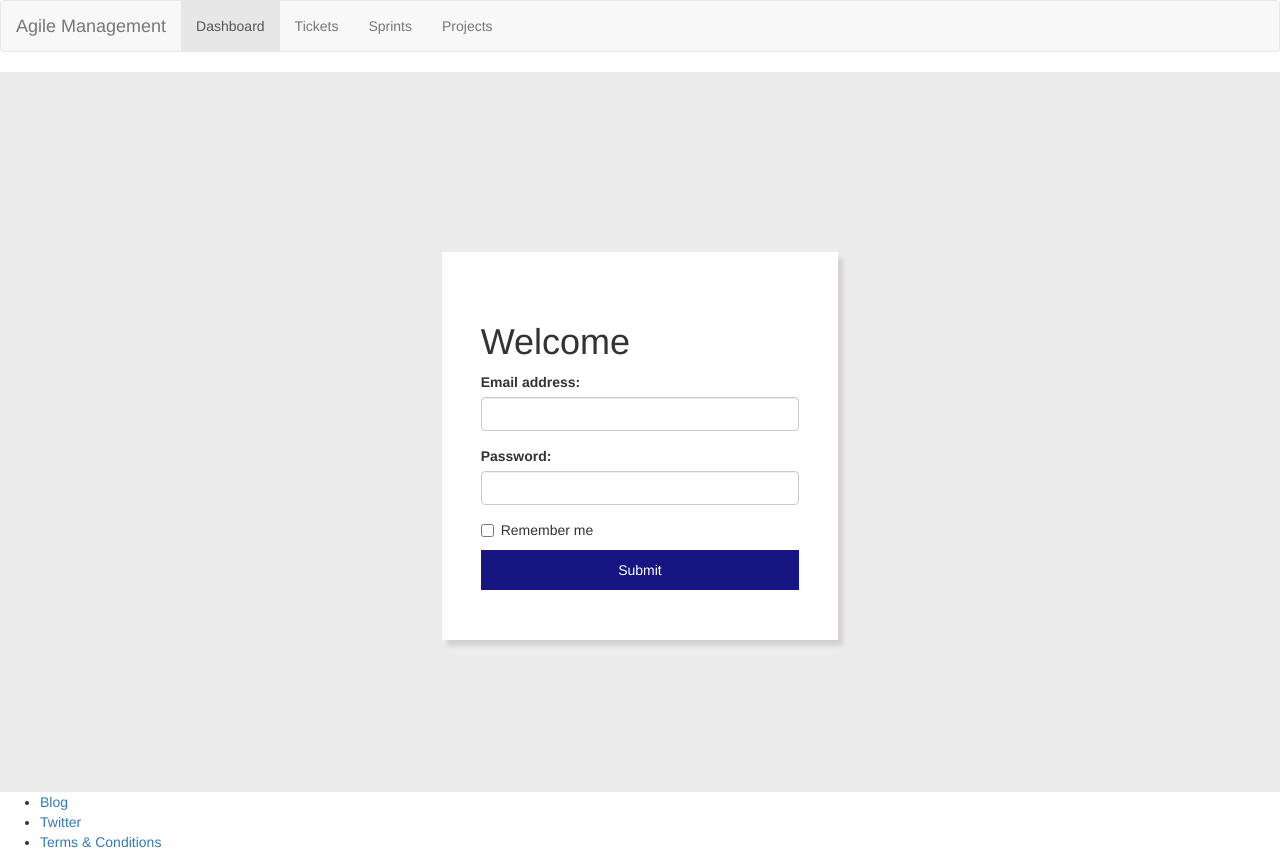
Repository: princexavier/agil
Page: http://localhost/Agile/
An editor plug-in stored every save of this project. The page is shown before and after the next save, followed by the edit.
The browser window is 1280 px wide. The pictures show the whole page.
Some web libraries are served in a nearby version. The page is served by Tomcat 9. Other server files are loaded and not shown.

Above is the page before, as saved 2018-01-19 04:31:23.

### workspace/Agile/WebContent/index.jsp
<%@ page language="java" contentType="text/html; charset=ISO-8859-1"
	pageEncoding="ISO-8859-1"%>
<!DOCTYPE html>
<html lang="en">

<head>
<meta charset="UTF-8">
<title>Login</title>
<link rel="stylesheet"
	href="https://maxcdn.bootstrapcdn.com/bootstrap/3.3.7/css/bootstrap.min.css">
<!-- jQuery library -->
<script
	src="https://ajax.googleapis.com/ajax/libs/jquery/3.2.1/jquery.min.js"></script>
<!-- Latest compiled JavaScript -->
<script
	src="https://maxcdn.bootstrapcdn.com/bootstrap/3.3.7/js/bootstrap.min.js"></script>
</head>

<body>
	<header>
		<nav class="navbar navbar-default">
			<div class="container-fluid">
				<div class="navbar-header">
					<a class="navbar-brand" href="#">Agile Management</a>
				</div>
				<ul class="nav navbar-nav">
					<li class="active"><a href="#">Dashboard</a></li>
					<li><a href="ticket.html">Tickets</a></li>
					<li><a href="ticket.html">Sprints</a></li>
					<li><a href="#">Projects</a></li>
				</ul>
			</div>
		</nav>
	</header>
	<div class="container"
		style="height: 100vh; width: 100vw; background: #ececec;">
		<div class="row">
			<div class="col-md-4"></div>
			<div class="col-md-4">
				<form action="project.html"
					style="padding: 50px 39px; box-shadow: 5px 6px 4px #d4cfd4f7; background: #fff; margin-top: 180px;">
					<h1>Welcome</h1>
					<div class="form-group">
						<label for="email">Email address:</label> <input type="email"
							class="form-control" id="email">
					</div>
					<div class="form-group">
						<label for="pwd">Password:</label> <input type="password"
							class="form-control" id="pwd">
					</div>
					<div class="checkbox">
						<label> <input type="checkbox"> Remember me
						</label>
					</div>
					<input type="submit"
						style="padding: 10px 0px; border: none; width: 100%; background: #161582; color: #fff;">
				</form>
			</div>
			<div class="col-md-4"></div>
		</div>
	</div>
	<footer>
		<ul class="foot-content">
			<li><a href="#">Blog</a></li>
			<li><a href="#">Twitter</a></li>
			<li><a href="#">Terms & Conditions</a></li>
		</ul>
	</footer>
</body>

</html>

### workspace/Agile/WebContent/css/style.css
* {
    margin: 0px;
    padding: 0px;
    text-decoration: none;
    list-style-type: none;
}

a:hover {
    text-decoration: none;
}

.divider-1 {

    display: inline-block;
    width: calc(100% / 1);
    float: left;
}

.divider-2 {
    display: inline-block;
    width: calc(100% / 2);
    float: left;
}

.color {
    color: #161582;
    padding-right: 5px;
    cursor: pointer;
    transition: 0.2s ease-in-out;
}

.color:hover {
    color: #16158261;
}

.clearfix:after {
    content: "";
    display: block;
    clear: both;
}

.navbar-nav {
    float: right;
    margin-right: 100px;
}

.navbar-default {
    border: none;
    padding: 10px 56px 10px 84px;
    background: #161582;
    margin-bottom: 0px;
}

.navbar-brand,
.navbar-nav>li>a {

    color: #fff !important;
}

nav .active a {
    background-color: transparent !important;
}

.dashboard {
    padding: 20px 0px;
    background: #ececec;
}

.dash-title {
    padding-left: 111px;
}

.auth {
    background: #ececec;
    padding: 20px;
}

.left-content>span {
    display: block;
}

.lab-title {
    padding: 20px 0px;
}

.bg {
    margin-top: 20px;
    padding: 10px 0px;
    background: #a6e4a6;
}

.bg a >button {
    float: right;
    margin-right: 20px;
    border: none;
}

footer {
    position: fixed;
    bottom: 0px;
    width: 100%;
    padding: 20px 0px;
    background: #ececec;
}

.right-bor {
    border-right: 1px solid #ececec;
}

.foot-content:first-child {
    margin-left: 64px;
    margin-top: 10px;
}

.foot-content li {
    border-right: 1px solid #a79a9ab8;
    padding-right: 20px;
    display: inline-block;
    margin-right: 10px;
}

.bar {
    width: 90%;
    background: #ececec;
    border-left: 10px solid blue;
}

.bar>span {
    float: right;
}



/*Ticket page style */

.btn-style {
    border: none;
    color: #fff;
    outline: none;
    background: #161582;
    transition: 0.5s ease-in-out;
}
.first-btn{
	margin-left: 150px
}
.btn-style:hover{
	background: #161582a8;
}
.icon-style{
	padding-right: 10px;
}
.events{

}
.list-style{
	padding: 10px 0px;
}


/*New ticket page style*/

.cs-btn{
    padding: 11px 10px;
    margin-left: 150px;
    color: #ffff;
    background: #161582;
    transition: 0.5s ease-in-out;
}
.cs-btn:hover{
 background: #1615825c;
 color: #fff;
}
textarea {
    resize: none;
}
.nav-tabs{
    margin-bottom: 50px;
}
label{
    font-weight: 300;
}
.btn-primary{
    background-color: #161582;
}
#menu4 > p{
    padding: 20px 10px;
    background: #ececec;
    margin-bottom: 40px;
}
input[type="date"]{
    border-radius: 4px;
}

After the next save:
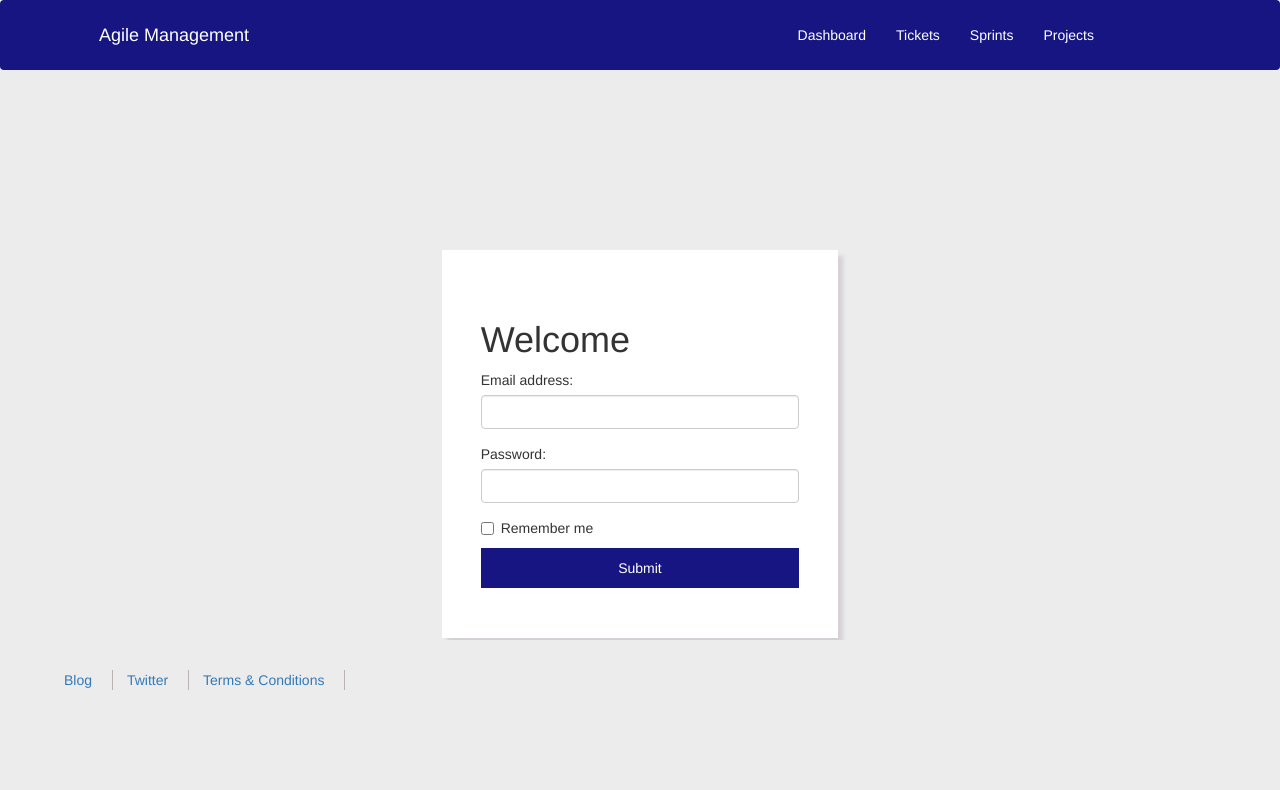
Saved 50 s later.
--- a/workspace/Agile/WebContent/index.jsp
+++ b/workspace/Agile/WebContent/index.jsp
@@ -8,6 +8,8 @@
 <title>Login</title>
 <link rel="stylesheet"
 	href="https://maxcdn.bootstrapcdn.com/bootstrap/3.3.7/css/bootstrap.min.css">
+<link rel="stylesheet" href="css/style.css">
+
 <!-- jQuery library -->
 <script
 	src="https://ajax.googleapis.com/ajax/libs/jquery/3.2.1/jquery.min.js"></script>
